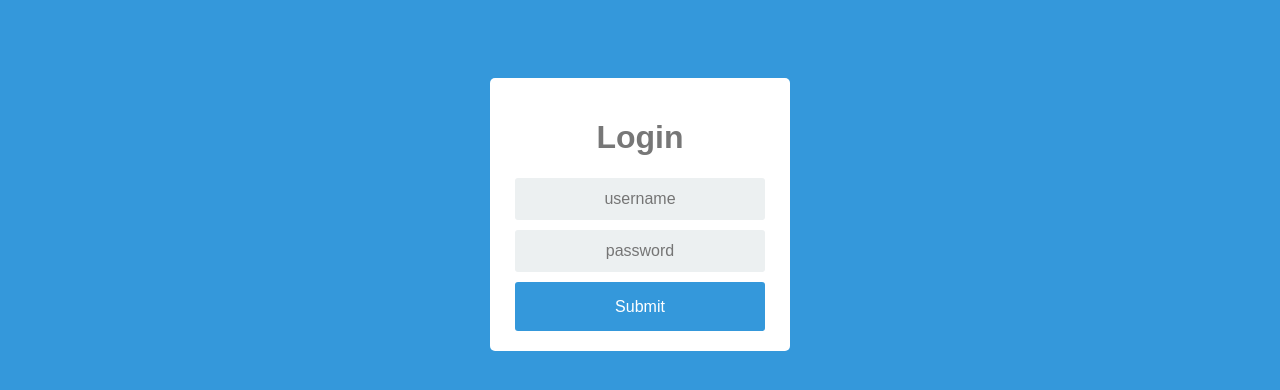
Repository: ash-the-reaper/TaxiRoot
Page: UI/WebContent/dashboard.html
These files come from the project's save history. The page is drawn as it stood at one moment and after the next save; the edit follows.
The browser window is 1280 px wide. The pictures show the whole page.

Above is the page before, as saved 2017-03-14 08:38:50.
Console error: ReferenceError: CONTEXT_PATH is not defined

### UI/WebContent/dashboard.html
<!DOCTYPE html>
<html>
<head lang="en">
	<meta charset="UTF-8">
	<meta http-equiv="pragma" content="no-cache">
	<meta http-equiv="cache-control" content="no-cache">

	<script src="js/angular.min.js"></script>
	<script id="script" src="js/main.js"></script>
	<script id="script" src="js/login.js"></script>

	<link rel="stylesheet" type="text/css" href="css/style.css">

	<title>Login Form</title>

</head>
<body ng-app="ngApp" ng-controller="ngCtrl">


<body ng-app="ngApp" ng-controller="ngCtrl">
	<div class="login" >
		<div class="login-screen">
			<div class="app-title">
				<h1>Login</h1>
			</div>

			<form ng-submit="submit()">
				<div class="login-form">
					<div class="control-group">
					<input type="text" class="login-field" value="" placeholder="username" id="login-name" ng-model = "account.email">
					<label class="login-field-icon fui-user" for="login-name"></label>
					</div>

					<div class="control-group">
					<input type="password" class="login-field" value="" placeholder="password" id="login-pass" ng-model = "account.password">
					<label class="login-field-icon fui-lock" for="login-pass"></label>
					</div>

					<input value="Submit" type="submit" class="btn btn-primary btn-large btn-block">
				</div>
			</form>
		</div>
	</div>
</body>


</html>

### UI/WebContent/js/login.js
var checkLogin = CONTEXT_PATH+ "account/checkLogin";

var app = angular.module("ngApp", []);
app.controller("ngCtrl", function($scope,$http,$window) {
    $scope.submit = function () {
        $http.post(checkLogin, $scope.account).success(function (response) {
			if (response == true) {
				$window.location.href = '/dashboard.html';
	 		}
			else{
				alert("Wrong username or password");
			}
		});
    }
});

### UI/WebContent/CSS/style.css
/*
	login css
	https://colorlib.com/wp/html5-and-css3-login-forms/
*/

* {
box-sizing: border-box;
}

*:focus {
	outline: none;
}
body {
font-family: Arial;
background-color: #3498DB;
padding: 50px;
}
.login {
margin: 20px auto;
width: 300px;
}
.login-screen {
background-color: #FFF;
padding: 20px;
border-radius: 5px
}

.app-title {
text-align: center;
color: #777;
}

.login-form {
text-align: center;
}
.control-group {
margin-bottom: 10px;
}

input {
text-align: center;
background-color: #ECF0F1;
border: 2px solid transparent;
border-radius: 3px;
font-size: 16px;
font-weight: 200;
padding: 10px 0;
width: 250px;
transition: border .5s;
}

input:focus {
border: 2px solid #3498DB;
box-shadow: none;
}

.btn {
  border: 2px solid transparent;
  background: #3498DB;
  color: #ffffff;
  font-size: 16px;
  line-height: 25px;
  padding: 10px 0;
  text-decoration: none;
  text-shadow: none;
  border-radius: 3px;
  box-shadow: none;
  transition: 0.25s;
  display: block;
  width: 250px;
  margin: 0 auto;
}

.btn:hover {
  background-color: #2980B9;
}

.login-link {
  font-size: 12px;
  color: #444;
  display: block;
	margin-top: 12px;
}



/*
	css for dashboard
	http://www.webdesignerdepot.com/2014/05/8-simple-css3-transitions-that-will-wow-your-users/
*/
.border:hover
{
        box-shadow: inset 0 0 0 25px #53a7ea;
}

### UI/WebContent/CSS/adminMenu.css
/*
	https://www.w3schools.com/css/tryit.asp?filename=trycss_navbar_vertical_responsive
*/

body {margin: 0;}

ul.sidenav {
    list-style-type: none;
    margin: 0;
    padding: 0;
    width: 25%;
    background-color: #f1f1f1;
    position: fixed;
    height: 100%;
    overflow: auto;
}

ul.sidenav li a {
    display: block;
    color: #000;
    padding: 8px 16px;
    text-decoration: none;
}

ul.sidenav li a.active {
    background-color: #4CAF50;
    color: white;
}

ul.sidenav li a:hover:not(.active) {
    background-color: #555;
    color: white;
}

div.content {
    margin-left: 25%;
    padding: 1px 16px;
    height: 1000px;
}

@media screen and (max-width: 1050px){
    ul.sidenav {
        width:100%;
        height:auto;
        position:relative;
    }
    ul.sidenav li a {
        float: left;
        padding: 15px;
    }
    div.content {margin-left:0;}
}

@media screen and (max-width: 400px){
    ul.sidenav li a {
        text-align: center;
        float: none;
    }
}

Loaded but not shown: UI/WebContent/js/angular.min.js (library); UI/WebContent/js/main.js (no copy from this time; the picture is the same without it)

After the next save:
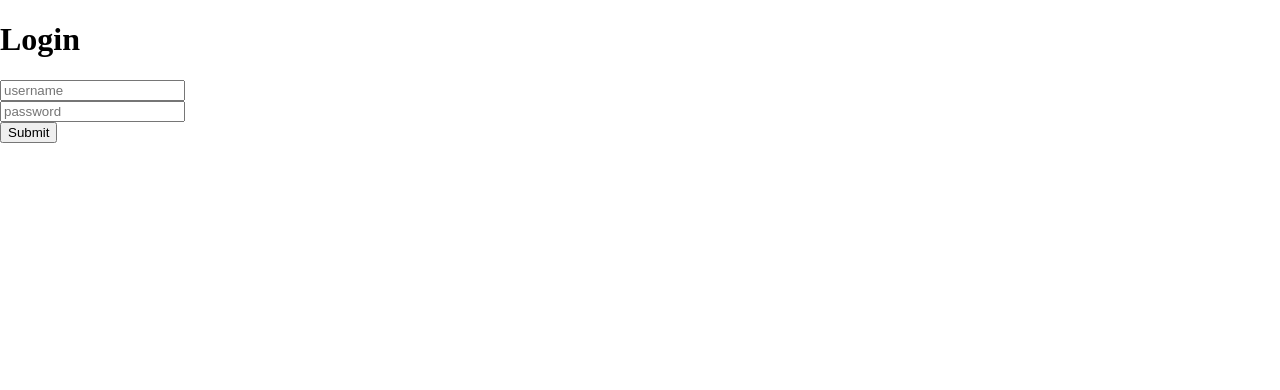
Saved 36 s later.
--- a/UI/WebContent/dashboard.html
+++ b/UI/WebContent/dashboard.html
@@ -9,7 +9,7 @@
 	<script id="script" src="js/main.js"></script>
 	<script id="script" src="js/login.js"></script>
 
-	<link rel="stylesheet" type="text/css" href="css/style.css">
+	<link rel="stylesheet" type="text/css" href="css/adminMenu.css">
 
 	<title>Login Form</title>
 
